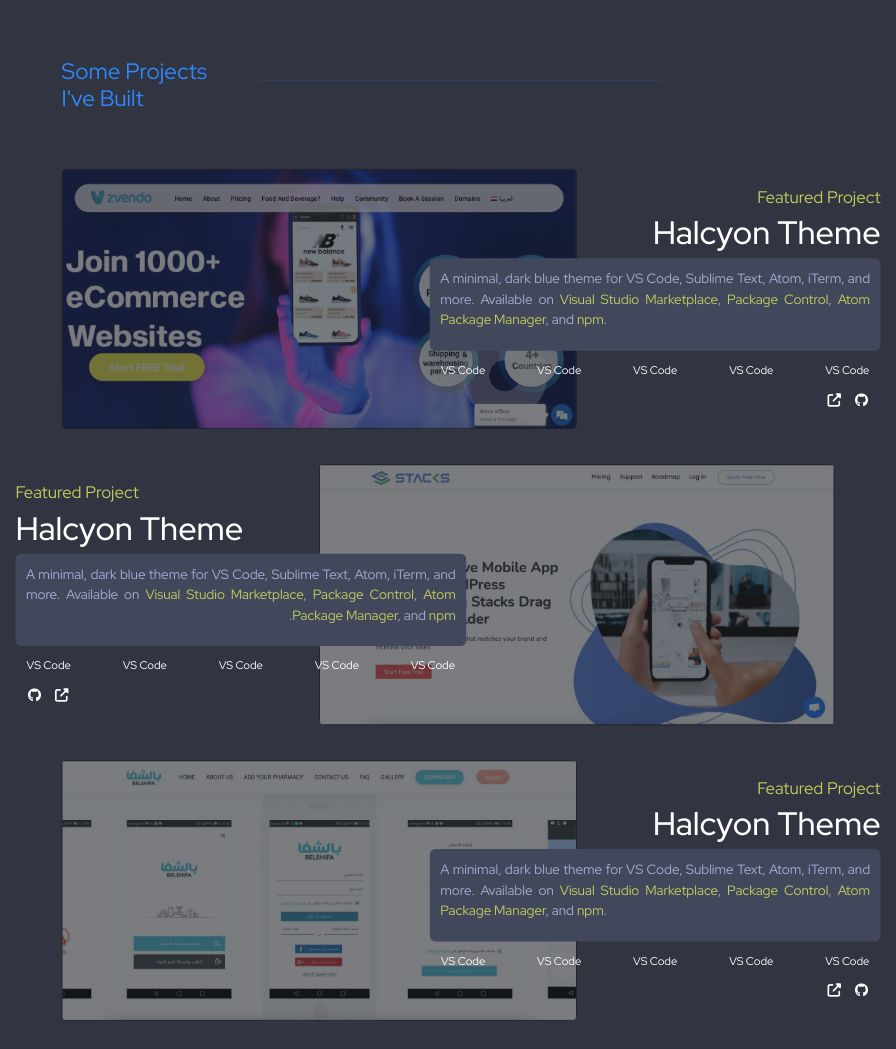
Repository: aya7abbal/Talaat-s-Portfolio
Page: index.html
An editor plug-in stored every save of this project. The page is shown before and after the next save, followed by the edit.
The browser window is 1280 px wide. The pictures show the part of the page from y = 2260 to 4180 px (the page is 3758 px tall before and 4180 px after), at 70% of full size.
Some web libraries are served in a nearby version. The style sheet was rebuilt from its Sass, Less or Tailwind sources for each picture, by a compiler version that may differ from the author's.

Above is the page before, as saved 2022-02-08 12:46:01.

After the next save:
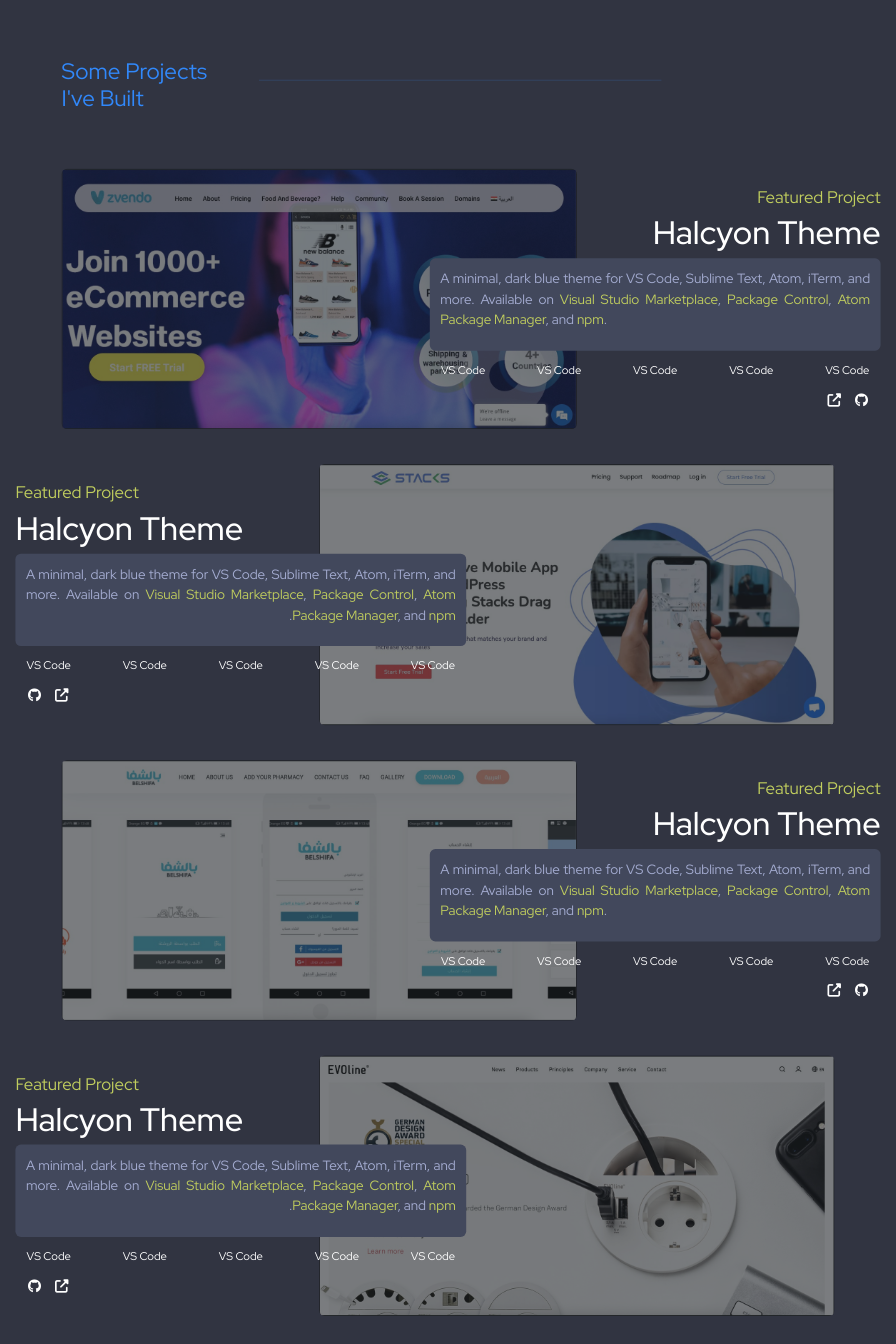
Saved 20 s later.
--- a/index.html
+++ b/index.html
@@ -587,6 +587,53 @@
          </div>
         </div>
 
+        <div class="project-card d-flex m-auto
+        align-items-center">
+          <div class="card bg-dark text-white col-lg-8">
+            <img src="./images/project-4.jpeg" class="card-img" alt="...">
+            <div class="card-img-overlay d-lg-none">
+                <h6>Featured Project</h6>
+                <h2>Halcyon Theme</h2>
+                  <p class="">A minimal, dark blue theme for VS Code, Sublime Text, Atom, iTerm, and more. Available on <a href="">Visual Studio Marketplace</a>, <a href="">Package Control</a>, <a href="">Atom Package Manager</a>, and <a href="">npm</a>.</p>
+                <div class="d-flex justify-content-between p-1">
+                  <span>VS Code</span>
+                  <span>VS Code</span>
+                  <span>VS Code</span>
+                  <span>VS Code</span>
+                  <span>VS Code</span>
+                </div>
+                <div class="d-flex justify-content-end project-link py-2">
+<a href="">                  <i class="fas fa-external-link-alt"></i>
+</a><a href="">                  <i class="fab fa-github"></i>
+</a>
+
+                </div>
+            </div>
+
+          </div>
+
+         <div class=" col-lg-7 project-desc__wrap">
+          <h6>Featured Project</h6>
+          <h2>Halcyon Theme</h2>
+          <div class="project-desc">
+            <p class="">A minimal, dark blue theme for VS Code, Sublime Text, Atom, iTerm, and more. Available on <a href="">Visual Studio Marketplace</a>, <a href="">Package Control</a>, <a href="">Atom Package Manager</a>, and <a href="">npm</a>.</p>
+          </div>
+          <div class="d-flex justify-content-between p-3">
+            <span>VS Code</span>
+            <span>VS Code</span>
+            <span>VS Code</span>
+            <span>VS Code</span>
+            <span>VS Code</span>
+          </div>
+          <div class="d-flex justify-content-end project-link px-2">
+            <a href="">                  <i class="fas fa-external-link-alt"></i>
+            </a><a href="">                  <i class="fab fa-github"></i>
+            </a>
+
+                            </div>
+         </div>
+        </div>
+
 
 
       </div>
